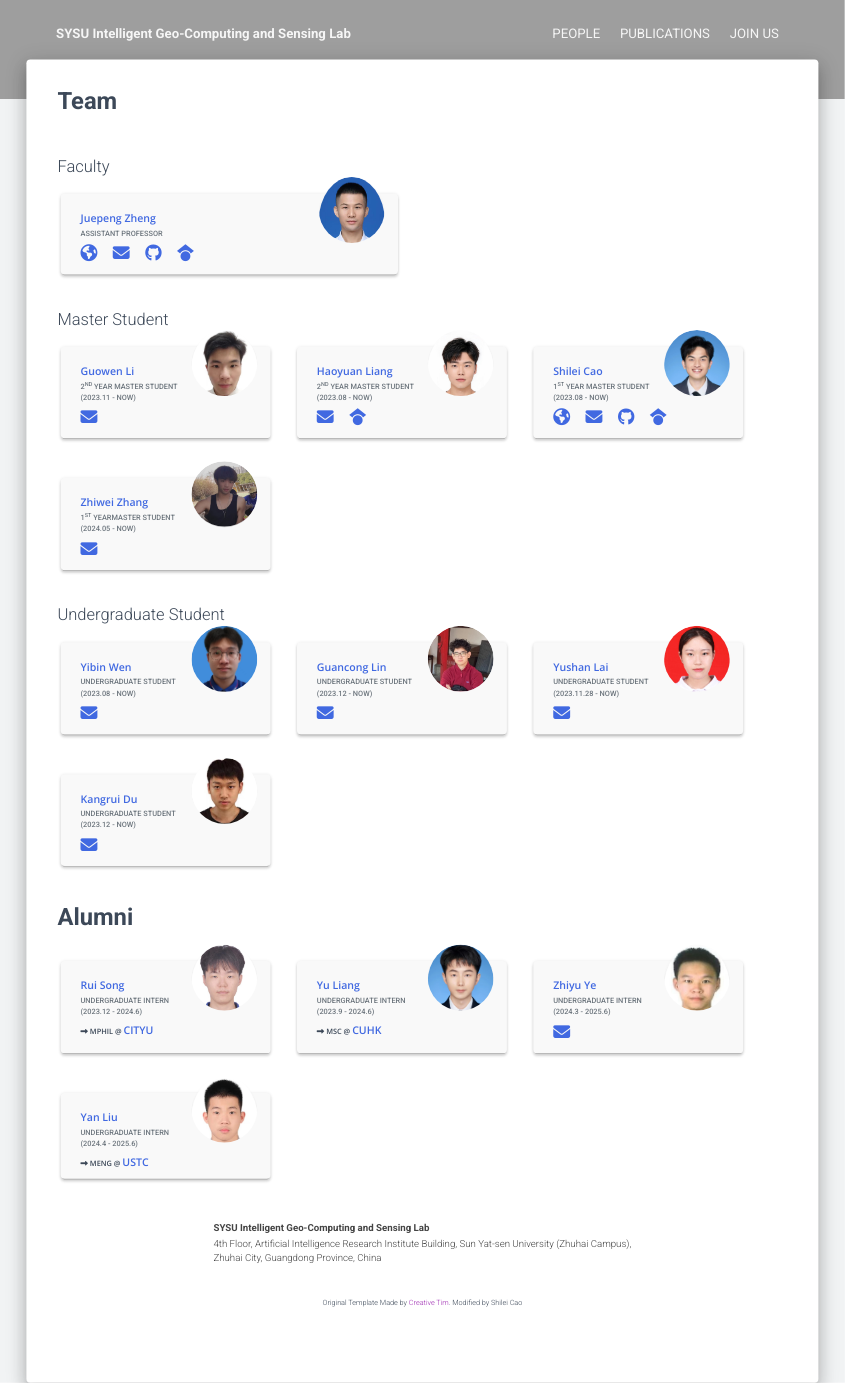
Repository: rssysu/rssysu.github.io
Page: people.html
An editor plug-in stored every save of this project. The page is shown before and after the next save, followed by the edit.
The browser window is 1280 px wide. The pictures show the whole page, at 66% of full size.
Pictures or frames that could not be fetched are drawn as grey boxes. Some web libraries are served in a nearby version.

Above is the page before, as saved 2025-05-30 21:19:25.

### people.html
<!DOCTYPE html>
<html lang="en">

<head>
    <meta charset="utf-8">
    <meta content="width=device-width, initial-scale=1.0, maximum-scale=1.0, user-scalable=0" name="viewport" />
    <meta http-equiv="X-UA-Compatible" content="IE=edge,chrome=1" />
    <!-- Favicons -->
    <!-- <link rel="apple-touch-icon" href="./assets/img/kit/free/apple-icon.png"> -->
    <link rel="icon" href="./assets/img/kit/free/sysu.ico">
    <title>
        SYSU IGCS Lab
    </title>
    <!--     Fonts and icons     -->
    <link rel="stylesheet" type="text/css" target="_blank" href="https://fonts.googleapis.com/css?family=Open+Sans:+400,500,600,700|Roboto:300,400,500,700|Roboto+Slab:400,700|Material+Icons" />
    <link rel="stylesheet" href="https://maxcdn.bootstrapcdn.com/font-awesome/latest/css/font-awesome.min.css" />
    <link rel="stylesheet" href="./assets/css/material-kit.css?v=2.0.2">
    <script src="https://kit.fontawesome.com/516fc2d02f.js" crossorigin="anonymous"></script>
    <!-- Documentation extras -->
    <!-- CSS Just for demo purpose, don't include it in your project -->
    <!-- <link href="./assets/assets-for-demo/demo.css" rel="stylesheet" /> -->
    <!-- iframe removal -->
</head>

<body class="index-page">
    <nav class="navbar navbar-color-on-scroll navbar-transparent navbar-light fixed-top navbar-expand-lg " color-on-scroll="0" id="sectionsNav">
        <div w3-include-html="header.html" class="container"></div>
    </nav>

    <div class="page-header2 header-filter clear-filter" data-parallax="true" style="background-image: url('assets/img/sysu1.jpg'); background-position-y: -170px; background-position: top;">
        <div class="container">
            <div class="row">
                <div class="col-md-8 ml-auto mr-auto">
                    <div class="brand">
                    </div>
                </div>
            </div>
        </div>
    </div>


    <div class="main main-raised">
        <div class="container">
            <div class="title" style="margin-bottom: 0em;">
              <h2><b>Team</b></h2>
            </div>
            <br>
            <div class="title" style="margin-bottom: -1em;">
                <h3>Faculty</h3>
            </div>

            <div class="row">
                <div class="card" style="width: 45%;">
                  <div class="card-body">
                        <div class="author">
                            <div class="avatar">
                                <img src="./assets/img/kit/faces/zjp-1.jpg" class="img-raised rounded-circle img-fluid"/>
                            </div>
                        </div>
                        <h4 class="card-title"> <a href= "./assets/resume/zjp.html" target="_blank"> Juepeng Zheng </a> </h4>
                        <h6 class="card-subtitle mb-2 text-muted">Assistant Professor</h6>
                        <!-- </a> -->
                    <a href="https://hail-alloy-af4.notion.site/Juepeng-Zheng-d3b70a4b409145139c91e55813cc80fa" class="card-link" target="_blank"><i class="fa fa-globe fa-2x" aria-hidden="true"></i></a>
                    <a href="mailto:" class="card-link"><i class="fa fa-envelope fa-2x" aria-hidden="true"></i></a>
                    <a href="https://github.com/rs-dl" class="card-link" target="_blank"><i class="fa fa-github fa-2x" aria-hidden="true"></i></a>
                    <a href="https://scholar.google.com/citations?user=xrb-A3kAAAAJ&hl=zh-CN&oi=ao" class="card-link" target="_blank"><i class="fa-brands fa-google-scholar fa-2x" aria-hidden="true"></i></a>
                  </div>
                </div>

            </div>

            <div class="title" style="margin-bottom: -1em;">
                <h3>Master Student</h3>
            </div>

            <div class="row">

                <div class="card" style="width: 28%;">
                    <div class="card-body">
                            <div class="author">
                                <div class="avatar">
                                    <img src="./assets/img/kit/faces/lgw.jpg" class="img-raised rounded-circle img-fluid"/>
                                </div>
                            </div>
                            <h4 class="card-title"> <a href="./assets/resume/lgw.html" target="_blank"> Guowen Li  </a></h4>
                            <h6 class="card-subtitle mb-2 text-muted">2<sup>nd</sup> Year Master Student <br> (2023.11 - Now)</h6>

                            <a href="mailto:ligw8@mail2sysu.edu.cn" class="card-link"><i class="fa fa-envelope fa-2x" aria-hidden="true"></i></a>

                    </div>
                </div>

                <div class="card" style="width: 28%;">
                    <div class="card-body">
                            <div class="author">
                                <div class="avatar">
                                    <img src="./assets/img/kit/faces/lhy.jpg" class="img-raised rounded-circle img-fluid"/>
                                </div>
                            </div>
                            <h4 class="card-title"> <a href="./assets/resume/lhy.html" target="_blank">  Haoyuan Liang </a> </h4>
                            <h6 class="card-subtitle mb-2 text-muted">2<sup>nd</sup> Year Master Student <br> (2023.08 - Now) </h6>

                            <a href="mailto:lianghy68@mail2.sysu.edu.cn" class="card-link"><i class="fa fa-envelope fa-2x" aria-hidden="true"></i></a>
                            <a href="https://scholar.google.com/citations?hl=en&user=O40gNsQAAAAJ" class="card-link" target="_blank"><i class="fa-brands fa-google-scholar fa-2x" aria-hidden="true"></i></a>
                    </div>
                </div>

                <div class="card" style="width: 28%;">
                    <div class="card-body">
                          <div class="author">
                              <div class="avatar">
                                  <img src="./assets/img/kit/faces/csl.jpg" class="img-raised rounded-circle img-fluid"/>
                              </div>
                          </div>
                          <h4 class="card-title" > <a href="./assets/resume/csl.html" target="_blank">  Shilei Cao </a></h4>
                          <h6 class="card-subtitle mb-2 text-muted">1<sup>st</sup> Year Master Student <br> (2023.08 - Now) </h6>
                            <a href="https://shileicao.github.io/" class="card-link" target="_blank"><i class="fa fa-globe fa-2x" aria-hidden="true"></i></a>
                            <a href="mailto:caoshlei@mail2.sysu.edu.cn" class="card-link"><i class="fa fa-envelope fa-2x" aria-hidden="true"></i></a>
                            <a href="https://github.com/ShileiCao" class="card-link" target="_blank"><i class="fa fa-github fa-2x" aria-hidden="true"></i></a>
                            <a href="https://scholar.google.com/citations?user=-bCjtakAAAAJ&hl=en" class="card-link" target="_blank"><i class="fa-brands fa-google-scholar fa-2x" aria-hidden="true"></i></a>
                    </div>
                </div>

                <div class="card" style="width: 28%;">
                    <div class="card-body">
                            <div class="author">
                                <div class="avatar">
                                    <img src="./assets/img/kit/faces/zzw.jpg" class="img-raised rounded-circle img-fluid"/>
                                </div>
                            </div>
                            <h4 class="card-title"> <a href="./assets/resume/zzw.html" target="_blank">  Zhiwei Zhang </a> </h4>
                            <h6 class="card-subtitle mb-2 text-muted"> 1<sup>st</sup> YearMaster Student <br> (2024.05 - Now)</h6>
                            <a href="mailto:zhangzhw65@mail2.sysu.edu.cn" class="card-link"><i class="fa fa-envelope fa-2x" aria-hidden="true"></i></a>
                    </div>
                </div>

            </div>


            <div class="title" style="margin-bottom: -1em;">
                <h3>Undergraduate Student</h3>
            </div>

            <div class="row">


                <div class="card" style="width: 28%;">
                    <div class="card-body">
                          <div class="author">
                              <div class="avatar">
                                  <img src="./assets/img/kit/faces/wyb.jpg" class="img-raised rounded-circle img-fluid"/>
                              </div>
                          </div>
                          <h4 class="card-title"> <a href="./assets/resume/wyb.html" target="_blank"> Yibin Wen </a></h4>
                          <h6 class="card-subtitle mb-2 text-muted">Undergraduate Student  <br> (2023.08 - Now)</h6>

                            <a href="mailto:wenyb5@mail2.sysu.edu.cn" class="card-link"><i class="fa fa-envelope fa-2x" aria-hidden="true"></i></a>

                    </div>
                </div>

                <div class="card" style="width: 28%;">
                    <div class="card-body">
                          <div class="author">
                              <div class="avatar">
                                  <img src="./assets/img/kit/faces/lgc.jpg" class="img-raised rounded-circle img-fluid"/>
                              </div>
                          </div>
                          <h4 class="card-title"> <a href="./assets/resume/lgc.html" target="_blank">  Guancong Lin </a></h4>
                          <h6 class="card-subtitle mb-2 text-muted">Undergraduate Student <br> (2023.12 - Now)</h6>

                            <a href="mailto:lingc8@mail2.sysu.edu.cn" class="card-link"><i class="fa fa-envelope fa-2x" aria-hidden="true"></i></a>

                    </div>
                </div>

                <div class="card" style="width: 28%;">
                    <div class="card-body">
                          <div class="author">
                              <div class="avatar">
                                  <img src="./assets/img/kit/faces/lys.jpg" class="img-raised rounded-circle img-fluid"/>
                              </div>
                          </div>
                          <h4 class="card-title"> <a href="./assets/resume/lys.html" target="_blank"> Yushan Lai </a></h4>
                          <h6 class="card-subtitle mb-2 text-muted">Undergraduate Student <br> (2023.11.28 - Now)</h6>

                            <a href="mailto:laiysh6@mail2.sysu.edu.cn" class="card-link"><i class="fa fa-envelope fa-2x" aria-hidden="true"></i></a>

                    </div>
                </div>

                <div class="card" style="width: 28%;">
                    <div class="card-body">
                          <div class="author">
                              <div class="avatar">
                                  <img src="./assets/img/kit/faces/dkr.jpg" class="img-raised rounded-circle img-fluid"/>
                              </div>
                          </div>
                          <h4 class="card-title"> <a href="./assets/resume/dkr.html" target="_blank"> Kangrui Du </a></h4>
                          <h6 class="card-subtitle mb-2 text-muted">Undergraduate Student <br> (2023.12 - Now)</h6>

                            <a href="mailto:dukr6@mail2.sysu.edu.cn" class="card-link"><i class="fa fa-envelope fa-2x" aria-hidden="true"></i></a>

                    </div>
                </div>

            </div>



            <div class="title" style="margin-bottom: 0em;">
              <h2><b>Alumni</b></h2>
            </div>
            <div class="row">

            <div class="card" style="width: 28%;">
                <div class="card-body">
                      <div class="author">
                          <div class="avatar">
                              <img src="./assets/img/kit/faces/sr.jpg" class="img-raised rounded-circle img-fluid"/>
                          </div>
                      </div>
                      <h4 class="card-title"> <a href="./assets/resume/sr.html" target="_blank"> Rui Song </a> </h4>
                      <h6 class="card-subtitle mb-2 text-muted">Undergraduate Intern (2023.12 - 2024.6) </h6>
                      <h6 class="card-title"> <i class="fa fa-long-arrow-right" aria-hidden="true"></i> MPhil @ <a href="https://www.cityu.edu.hk/"> CityU </a> </h6>
                        <!-- <a href="mailto:1223324036@qq.com" class="card-link"><i class="fa fa-envelope fa-2x" aria-hidden="true"></i></a>        -->

                </div>
            </div>

            <div class="card" style="width: 28%;">
                <div class="card-body">
                      <div class="author">
                          <div class="avatar">
                              <img src="./assets/img/kit/faces/ly.jpg" class="img-raised rounded-circle img-fluid"/>
                          </div>
                      </div>
                      <h4 class="card-title"> <a href="./assets/resume/ly.html" target="_blank">  Yu Liang </a> </h4>
                      <h6 class="card-subtitle mb-2 text-muted">Undergraduate Intern (2023.9 - 2024.6) </h6>
                      <h6 class="card-title"> <i class="fa fa-long-arrow-right" aria-hidden="true"></i> MSC @ <a href="https://www.cuhk.edu.hk/chinese/index.html"> CUHK </a> </h6>
                        <!-- <a href="mailto:liangy283@mail2.sysu.edu.cn" class="card-link"><i class="fa fa-envelope fa-2x" aria-hidden="true"></i></a>        -->

                </div>
            </div>

            <div class="card" style="width: 28%;">
                <div class="card-body">
                      <div class="author">
                          <div class="avatar">
                              <img src="./assets/img/kit/faces/yzy.jpg" class="img-raised rounded-circle img-fluid"/>
                          </div>
                      </div>
                      <h4 class="card-title"> <a href="./assets/resume/yzy.html" target="_blank"> Zhiyu Ye </a></h4>
                      <h6 class="card-subtitle mb-2 text-muted">Undergraduate Intern <br> (2024.3 - 2025.6)</h6>
                      <a href="mailto:yezhy26@mail2.sysu.edu.cn" class="card-link"><i class="fa fa-envelope fa-2x" aria-hidden="true"></i></a>

                </div>
            </div>

            <div class="card" style="width: 28%;">
                <div class="card-body">
                      <div class="author">
                          <div class="avatar">
                              <img src="./assets/img/kit/faces/liuyan.jpg" class="img-raised rounded-circle img-fluid"/>
                          </div>
                      </div>
                      <h4 class="card-title"> <a href="./assets/resume/liuyan.html" target="_blank">  Yan Liu </a> </h4>
                      <h6 class="card-subtitle mb-2 text-muted">Undergraduate Intern (2024.4 - 2025.6) </h6>
                      <h6 class="card-title"> <i class="fa fa-long-arrow-right" aria-hidden="true"></i> MEng @ <a href="https://www.ustc.edu.cn/"> USTC </a> </h6>
                        <!-- <a href="mailto:liangy283@mail2.sysu.edu.cn" class="card-link"><i class="fa fa-envelope fa-2x" aria-hidden="true"></i></a>        -->

                </div>
            </div>

        </div>
    <!--     <div>

                <h4 class="card-title" style="margin-bottom: -0.5em;">Hyunseo Koh<font size="3em"> <font color="gray">(GIST MS, 2023)</font> <i class="fa fa-long-arrow-right" aria-hidden="true"></i> TBD</font></h4>
                <h4 class="card-title" style="margin-bottom: -0.5em;">Jihun Kim<font size="3em"> <font color="gray">(GIST MS, 2023)</font> <i class="fa fa-long-arrow-right" aria-hidden="true"></i> Minds and company (Mil. Oblig.)</font></h4>
                <h4 class="card-title" style="margin-bottom: -0.5em;">Dahyun Kim<font size="3em"> <font color="gray">(GIST MS, 2022)</font> <i class="fa fa-long-arrow-right" aria-hidden="true"></i> Upstage (Mil. Oblig.)</font></h4>
                <h4 class="card-title" style="margin-bottom: -0.5em;">YeongWoo Nam<font size="3em"> <font color="gray">(GIST MS, 2022)</font> <i class="fa fa-long-arrow-right" aria-hidden="true"></i> Saige Research (Mil. Oblig.)</font></h4>
                <h4 class="card-title" style="margin-bottom: -0.5em;">Taeil Oh<font size="3em"> <font color="gray">(GIST MS, 2022)</font> <i class="fa fa-long-arrow-right" aria-hidden="true"></i> Alsemy</font></h4>
                <h4 class="card-title" style="margin-bottom: -0.5em;">Mohammad Mostafavi<font size="3em"> <font color="gray">(GIST Ph.D., 2021, co-advised by Prof. Kuk-Jin Yoon (KAIST))</font> <i class="fa fa-long-arrow-right" aria-hidden="true"></i> Research Scientist @ Lunit</font></h4>
                <h4 class="card-title" style="margin-bottom: -0.5em;">Dongmin Kang <font size="3em"><font color="gray">(GIST MS, 2021)</font> <i class="fa fa-long-arrow-right" aria-hidden="true"></i> Researcher @ GIST AI Institute (Mil. Oblig.) <i class="fa fa-long-arrow-right" aria-hidden="true"></i> SI Analytics (Mil. Oblig.)</h4>
                <h4 class="card-title" style="margin-bottom: -0.5em;">Jinwoo Nam <font size="3em"><font color="gray">(GIST MS, 2021)</font> <i class="fa fa-long-arrow-right" aria-hidden="true"></i> Knowre Inc. (Mil. Oblig.)</h4>
                <h4 class="card-title" style="margin-bottom: -0.5em;">Yeonsik Jo <font size="3em"><font color="gray">(GIST MS, 2021)</font> <i class="fa fa-long-arrow-right" aria-hidden="true"></i> Research Engineer @ LG AI Research</h4>

                <div style="margin-bottom: 2em;"></div>

            </div> -->
<!--
            <div class="title" style="margin-bottom: 0em;">
                <h3>Alumni - Undergraduate Interns</h3>
            </div>

            <div>

                <h4 class="card-title" style="margin-bottom: -0.5em;">Yu Yeong Kim<font size="3em"> <font color="gray">(GIST BS, 2023)</font> <i class="fa fa-long-arrow-right" aria-hidden="true"></i> KAIST GS AI</font></h4>
                <h4 class="card-title" style="margin-bottom: -0.5em;">Daneul Kim<font size="3em"> <font color="gray">(GIST BS, 2023)</font> <i class="fa fa-long-arrow-right" aria-hidden="true"></i> SNU GS AI</font></h4>
                <h4 class="card-title" style="margin-bottom: -0.5em;">Pratham Sahu<font size="3em"> <font color="gray">(IITK BS, 2025?)</font> <i class="fa fa-long-arrow-right" aria-hidden="true"></i> TBD</font></h4>
                <h4 class="card-title" style="margin-bottom: -0.5em;">Divyam Goel<font size="3em"> <font color="gray">(IITR BS, 2023)</font> <i class="fa fa-long-arrow-right" aria-hidden="true"></i> TBD</font></h4>
                <h4 class="card-title" style="margin-bottom: -0.5em;">Suvaansh Bhambri<font size="3em"> <font color="gray">(IITR BS, 2022)</font> <i class="fa fa-long-arrow-right" aria-hidden="true"></i> TBD</font></h4>
                <h4 class="card-title" style="margin-bottom: -0.5em;">Sunoh Lee<font size="3em"> <font color="gray">(GIST BS, 2022)</font> <i class="fa fa-long-arrow-right" aria-hidden="true"></i> Researcher @ ADD (Mil. Oblig.)</font></h4>
                <h4 class="card-title" style="margin-bottom: -0.5em;">Ashish Sinha<font size="3em"> <font color="gray">(IITR BS, 2021)</font> <i class="fa fa-long-arrow-right" aria-hidden="true"></i> Grad. Student @ Simon Fraser University</font></h4>
                <h4 class="card-title" style="margin-bottom: -0.5em;">Daeun Kyung<font size="3em"> <font color="gray">(GIST BS, 2021)</font> <i class="fa fa-long-arrow-right" aria-hidden="true"></i> Grad. student @ KAIST GS AI</h4>
                <h4 class="card-title" style="margin-bottom: -0.5em;">Kunal Pratap Singh <font size="3em"><font color="gray">(IITR BS, 2021)</font> <i class="fa fa-long-arrow-right" aria-hidden="true"></i> Predoctoral Young Investigator @ AI2 <i class="fa fa-long-arrow-right" aria-hidden="true"></i> Ph.D. Student @ EPFL</h4>
                <h4 class="card-title" style="margin-bottom: -0.5em;">Jaeyoung Ahn <font size="3em"><font color="gray">(GIST BS, 2021)</font> <i class="fa fa-long-arrow-right" aria-hidden="true"></i> Deeping Source Inc.</h4>
                <h4 class="card-title" style="margin-bottom: -0.5em;">Dahyun Kim<font size="3em"> <font color="gray">(GIST BS, 2020)</font> <i class="fa fa-long-arrow-right" aria-hidden="true"></i> Join our lab</font></h4>
                <h4 class="card-title" style="margin-bottom: -0.5em;">Donggun Lee <font size="3em"><font color="gray">(GIST BS, 2020)</font> <i class="fa fa-long-arrow-right" aria-hidden="true"></i> Grad. student @ POSTECH Graphics Lab.</h4>
                <h4 class="card-title" style="margin-bottom: -0.5em;">Jihwan Bae <font size="3em"><font color="gray">(GIST BS, 2020)</font> <i class="fa fa-long-arrow-right" aria-hidden="true"></i> Researcher @ ADD (Mil. Oblig.)</font></h4>

                <div style="margin-bottom: 2em;"></div>

            </div>
        </div>
    </div> -->
    <!--  End Modal -->
    <div w3-include-html="footer.html"></div>

    <!--   Core JS Files   -->
    <script src="./assets/js/core/jquery.min.js"></script>
    <script src="./assets/js/core/popper.min.js"></script>
    <script src="./assets/js/bootstrap-material-design.js"></script>
    <!--  Plugin for Date Time Picker and Full Calendar Plugin  -->
    <script src="./assets/js/plugins/moment.min.js"></script>
    <!--	Plugin for the Datepicker, full documentation here: https://github.com/Eonasdan/bootstrap-datetimepicker -->
    <script src="./assets/js/plugins/bootstrap-datetimepicker.min.js"></script>
    <!--	Plugin for the Sliders, full documentation here: http://refreshless.com/nouislider/ -->
    <script src="./assets/js/plugins/nouislider.min.js"></script>
    <!-- Material Kit Core initialisations of plugins and Bootstrap Material Design Library -->
    <script src="./assets/js/material-kit.js?v=2.0.2"></script>
    <!-- Fixed Sidebar Nav - js With initialisations For Demo Purpose, Don't Include it in your project -->
    <script src="./assets/assets-for-demo/js/material-kit-demo.js"></script>
    <!-- including html -->
    <script src="./assets/js/include-html.js"></script>
    <script>
        $(document).ready(function() {

            //init DateTimePickers
            materialKit.initFormExtendedDatetimepickers();

            // // Sliders Init
            // materialKit.initSliders();

            includeHTML();
        });
    </script>
</body>

</html>

Loaded but not shown: assets/css/material-kit.css (library); assets/js/core/jquery.min.js (library); assets/js/core/popper.min.js (library); assets/js/bootstrap-material-design.js (library); assets/js/plugins/moment.min.js (library); assets/js/plugins/bootstrap-datetimepicker.min.js (library); assets/js/plugins/nouislider.min.js (library); assets/js/material-kit.js (446 lines, source omitted); assets/assets-for-demo/js/material-kit-demo.js (98 lines, source omitted); assets/js/include-html.js (27 lines, source omitted); header.html (59 lines, source omitted); footer.html (36 lines, source omitted)

After the next save:
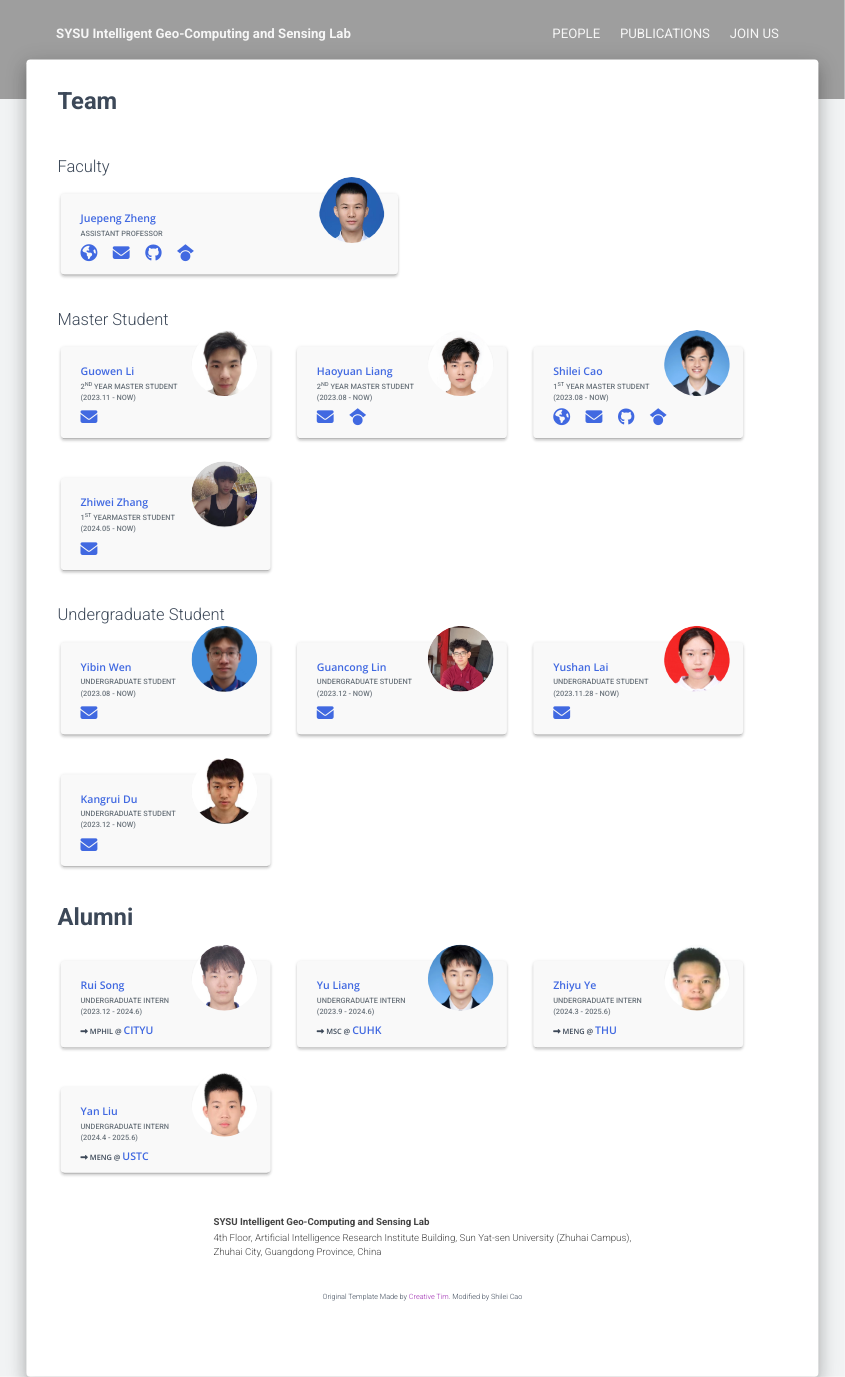
Saved 72 s later.
--- a/people.html
+++ b/people.html
@@ -252,7 +252,8 @@
                       </div>
                       <h4 class="card-title"> <a href="./assets/resume/yzy.html" target="_blank"> Zhiyu Ye </a></h4>
                       <h6 class="card-subtitle mb-2 text-muted">Undergraduate Intern <br> (2024.3 - 2025.6)</h6>
-                      <a href="mailto:yezhy26@mail2.sysu.edu.cn" class="card-link"><i class="fa fa-envelope fa-2x" aria-hidden="true"></i></a>
+                      <h6 class="card-title"> <i class="fa fa-long-arrow-right" aria-hidden="true"></i> MEng @ <a href="https://www.tsinghua.edu.cn/en/"> THU </a> </h6>
+                      <!-- <a href="mailto:yezhy26@mail2.sysu.edu.cn" class="card-link"><i class="fa fa-envelope fa-2x" aria-hidden="true"></i></a>        -->
 
                 </div>
             </div>
